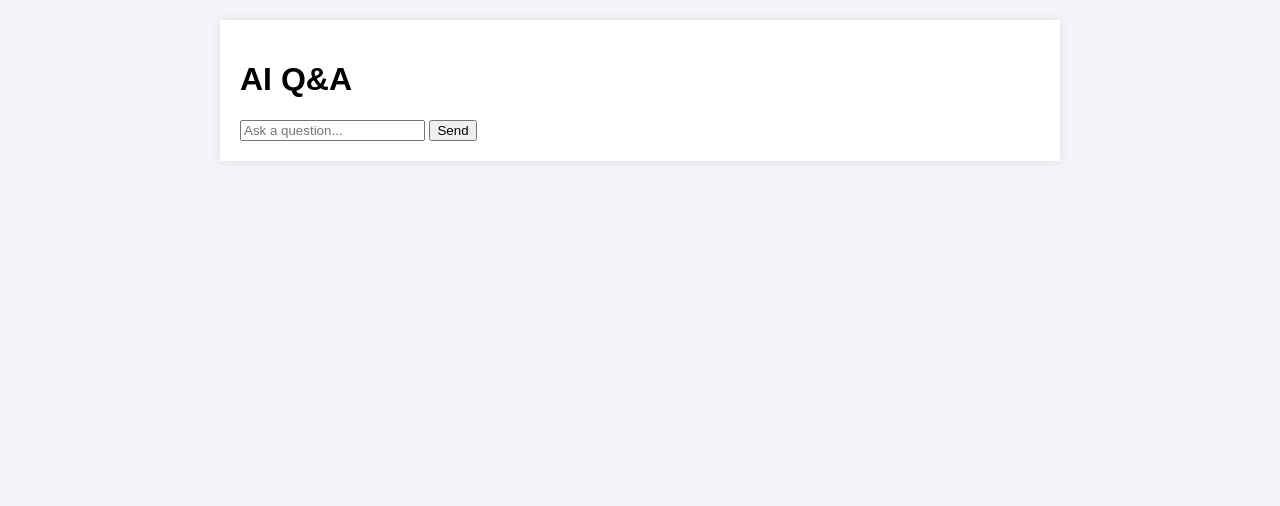
Repository: Choi9912/Flask_IntroduceGPT
Page: http://localhost/
These files come from the project's save history. The page is drawn as it stood at one moment and after the next save; the edit follows.
The browser window is 1280 px wide. The pictures show the whole page.
The page is served by the project's application, run on Flask 3 (app.py).

Above is the page before, as saved 2024-07-25 16:45:10.

After the next save:
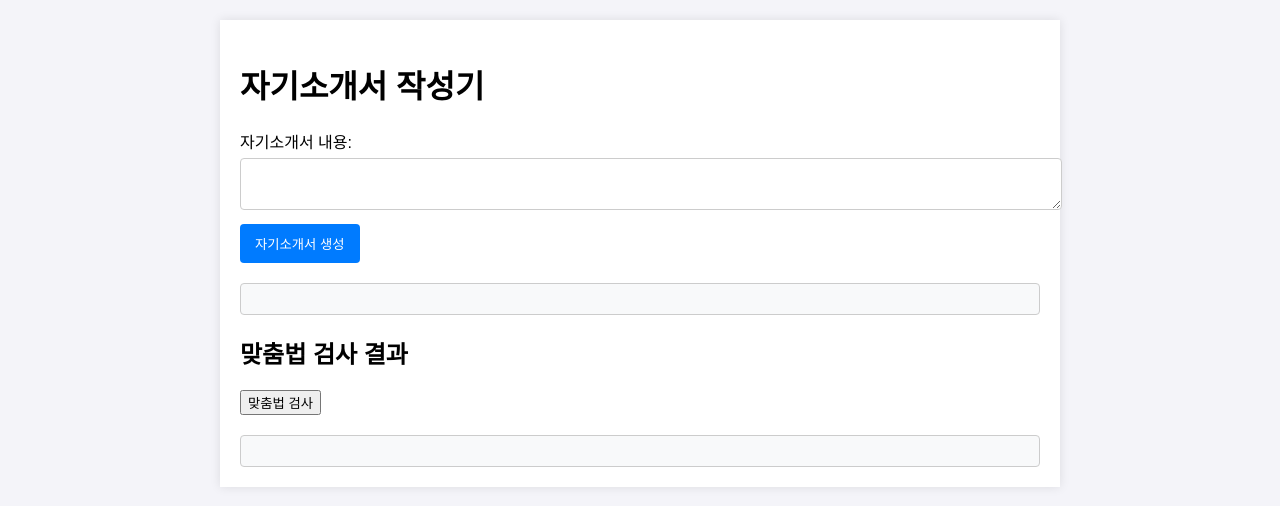
Console error: TypeError: Cannot read properties of null (reading 'addEventListener')
Saved 21 s later.
--- a/templates/index.html
+++ b/templates/index.html
@@ -1,18 +1,25 @@
-<!doctype html>
-<html lang="en">
+<!DOCTYPE html>
+<html lang="ko">
 <head>
     <meta charset="UTF-8">
-    <title>AI Q&A</title>
+    <title>자기소개서 작성기</title>
     <link rel="stylesheet" href="{{ url_for('static', filename='style.css') }}">
 </head>
 <body>
     <div class="container">
-        <h1>AI Q&A</h1>
-        <div id="conversation">
-            <!-- 질문과 답변이 여기 표시됩니다. -->
+        <h1>자기소개서 작성기</h1>
+        <form id="introForm">
+            <label for="question">자기소개서 내용:</label>
+            <textarea id="question" name="question"></textarea><br>
+
+            <button type="button" onclick="generateIntro()">자기소개서 생성</button>
+        </form>
+        <div id="generatedIntro"></div>
+        <div>
+            <h2>맞춤법 검사 결과</h2>
+            <button type="button" onclick="checkSpelling()">맞춤법 검사</button>
+            <div id="spellingResult"></div>
         </div>
-        <input type="text" id="question" placeholder="Ask a question...">
-        <button id="sendBtn">Send</button>
     </div>
     <script src="{{ url_for('static', filename='script.js') }}"></script>
 </body>
